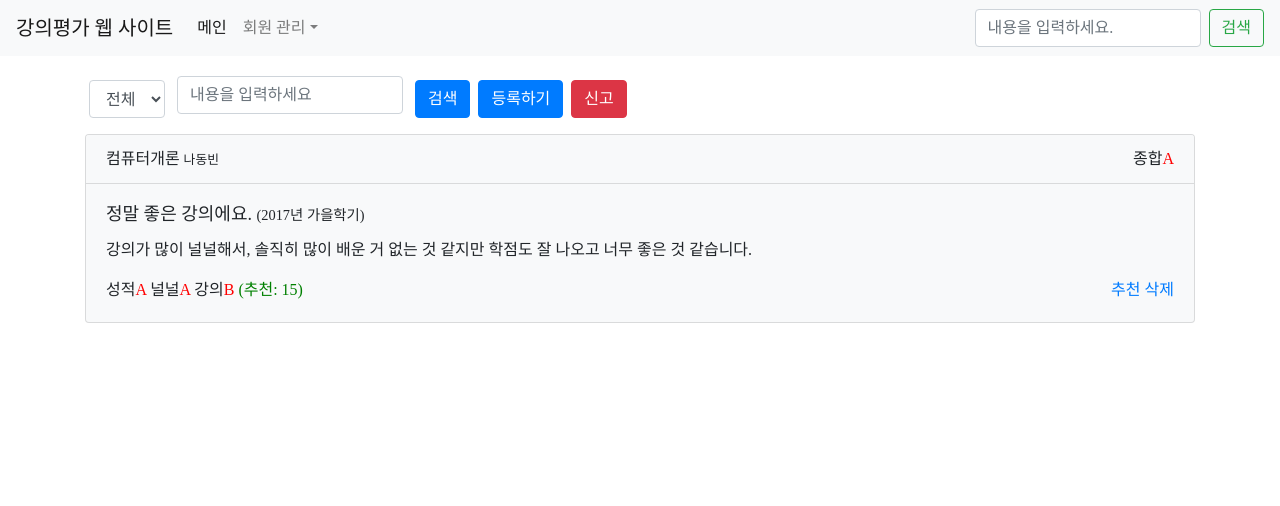
Repository: codelifee/Lecture-Evaluation-Project---java
Page: http://localhost/Lecture_Evaluation/
These files come from the project's save history. The page is drawn as it stood at one moment and after the next save; the edit follows.
The browser window is 1280 px wide. The pictures show the whole page.
Some web fonts or font styles are not loaded; a fallback is used. The page is served by Tomcat 9. Other server files are loaded and not shown.

Above is the page before, as saved 2020-08-23 02:39:50.

### Lecture Evaluation/WebContent/index.jsp
<%@ page language="java" contentType="text/html; charset=UTF-8"
    pageEncoding="UTF-8"%>
<!DOCTYPE html>
<html>
<head>
	<meta http-equiv="Content-type" content="text/html" charset="UTF-8">
	<meta name="viewport" content="width=device-width, initial-scale=1, shrink-to-fit=no">
	<title>강의평가 웹 사이트</title>
	<!--부트스트랩 CSS 추가하기-->
	<link rel="stylesheet" href="./css/bootstrap.min.css">
	<!--custom CSS 추가하기-->
	<link rel="stylesheet" href="./css/custom.css">
</head>
<body>
	<nav class="navbar navbar-expand-lg navbar-light bg-light">
		<a class="navbar-brand" href="index.jsp">강의평가 웹 사이트</a>
		<button class="navbar-toggler" type="button" data-toggle="collapse" data-target="#navbar">
			<span class="navbar-toggler-icon"></span>
		</button>
		<div id="navbar" class="collapse navbar-collapse">
			<ul class="navbar-nav mr-auto">
				<li class="nav-item active">
					<a class="nav-link" href="index.jsp">메인</a>
				</li>
				<li class="nav-item dropdown" id="dropdown" data-toggle="dropdown">
					<a class="nav-link dropdown-toggle" id="dropdown" data-toggle="dropdown">회원 관리</a>
					<div class="dropdown-menu" aria-labelledby="dropdown">
						<a class="dropdown-item" href="#">로그인</a>
						<a class="dropdown-item" href="#">회원가입</a>
						<a class="dropdown-item" href="#">로그아웃</a>
					</div>
				</li>
			</ul>
		</div>
			<form class="form-inline my-2 my-lg-0">
				<input class="form-control mr-sm-2" type="search" placeholder="내용을 입력하세요." aria-label="search">
				<button class="btn btn-outline-success my-2 my-sm-0" type="submit">검색</button>
			</form>
	</nav>
	<section class="container">
	 <form method="get" action="./index.jsp" class="form-inline mt-3">
	  <select name="lectureDivide" class="form-control mx-1 mt-2">
	  	<option value="전체">전체</option>
	  	<option value="전공">전공</option>
	  	<option value="교양">교양</option>
	  	<option value="기타">기타</option>
	  </select>
	  <input type="text" name="search" class="form-control mx-1 mx-2" placeholder="내용을 입력하세요">
	  <button type="submit" class="btn btn-primary mx-1 mt-2">검색</button>
	  <a class="btn btn-primary mx-1 mt-2" data-toggle="modal" href="#registerModal">등록하기</a>
	  <a class="btn btn-primary mx-1 mt-2 btn-danger" data-toggle="modal" href="#reportModal">신고</a>
	 </form>
	 <div class="card bg-light mt-3">
		<div class="card-header bg-light">
			<div class="row">
				<div class="col-8 text-left">컴퓨터개론&nbsp;<small>나동빈</small></div>
				<div class="col-4 text-right">
					종합<span style="color: red;">A</span>
				</div>
			</div>
		</div>
		<div class="card-body">
			<h5 class="card-title">
				정말 좋은 강의에요.&nbsp;<small>(2017년 가을학기)</small>
			</h5>
			<p class="card-text">강의가 많이 널널해서, 솔직히 많이 배운 거 없는 것 같지만 학점도 잘 나오고 너무 좋은 것 같습니다.</p>
			<div class="row">
					<div class="col-9 text-left">
						성적<span style="color: red;">A</span>
						널널<span style="color: red;">A</span>
						강의<span style="color: red;">B</span>
						<span style="color: green;">(추천: 15)</span>
					</div>
					<div class="col-3 text-right">
						<a onclick="return confirm('추천하시겠습니까?')" href="./likeAction.jsp?evaluationID=">추천</a>
						<a onclick="return confirm('삭제하시겠습니까?')" href="./deleteAction.jsp?evaluationID=">삭제</a>
					</div>
			</div>
		</div>
	</div>
	</section>


	<div class="modal fade" id="registerModal" tabindex="-1" role="dialog" aria-labelledby="modal">
	 	<div class="modal-dialog">
	 		<div class="modal-content">
	 			<div class="modal-header">
	 				<h5 class="modal-title" id="modal">평가 등록</h5>
	 				<button type="button" class="close" data-dismiss="modal" aria-label="Close">
	 					<span aria-hidden="true">&times;</span>
	 				</button>
	 			</div>
	 			<div class="modal-body">
	 				<form action="./evaluationRegisterAction.jsp method="post">
	 					<div class="form-row">
	 						<div class="form-group col-sm-6">
	 							<label>강의명</label>
	 							<input type="text" name="lectureName" class="form-control" maxlength="20">
	 						</div>
	 						<div class="form-group col-sm-6">
	 							<label>교수명</label>
	 							<input type="text" name="professorName" class="form-control" maxlength="20">
	 						</div>
	 					</div>
	 					<div class="form-row">
	 						<div class="form-group col-sm-4">
	 							<label>수강 연도</label>
	 							<select name="lectureYear" class="form-control">
	 								<option value="2011">2011</option>
	 								<option value="2012">2012</option>
	 								<option value="2013">2013</option>
	 								<option value="2014">2014</option>
	 								<option value="2015">2015</option>
	 								<option value="2016">2016</option>
	 								<option value="2017">2017</option>
	 								<option value="2018" selected>2018</option>
	 								<option value="2019">2019</option>
	 								<option value="2020">2020</option>
	 								<option value="2021">2021</option>
	 								<option value="2022">2022</option>
	 								<option value="2023">2023</option>
	 							</select>
	 						</div>
 							<div class="form-group col-sm-4">
 								<label>수강 학기</label>
 								<select name="semesterDivide" class="form-control">
 									<option value="1학기" selected>1학기</option>
 									<option value="여름학기">여름학기</option>
 									<option value="2학기">2학기</option>
 									<option value="겨울학기">겨울학기</option>
 								</select>
 							</div>
 							<div class="form-group col-sm-4">
 								<label>강의 구분</label>
 								<select name="lectureDivde" class="form-control">
 									<option value="전공" selected>전공</option>
 									<option value="교양">교양</option>
 									<option value="기타">기타</option>
 								</select>
 							</div>
 						</div>
	 						<div class="form-group">
	 							<label>제목</label>
	 							<input type="text" name="evaluationTime" class="form-control" maxlength="30">
	 							<label>내용</label>
	 							<textarea name="evaluationContent" class="form-control" maxlength="2048" style="height: 180px;"></textarea>
	 						</div>
	 					<div class="form-row">
	 						<div class="form-group col-sm-3">
	 							<label>종합</label>
	 							<select name="totalScore" class="form-control">
	 								<option value="A" selected>A</option>
	 								<option value="B">B</option>
	 								<option value="C">C</option>
	 								<option value="D">D</option>
	 								<option value="F">F</option>
	 							</select>
	 						</div>
	 						<div class="form-group col-sm-3">
	 							<label>성적</label>
	 							<select name="totalScore" class="form-control">
	 								<option value="A" selected>A</option>
	 								<option value="B">B</option>
	 								<option value="C">C</option>
	 								<option value="D">D</option>
	 								<option value="F">F</option>
	 							</select>
	 						</div>
	 						<div class="form-group col-sm-3">
	 							<label>널널</label>
	 							<select name="comfortableScore" class="form-control">
	 								<option value="A" selected>A</option>
	 								<option value="B">B</option>
	 								<option value="C">C</option>
	 								<option value="D">D</option>
	 								<option value="F">F</option>
	 							</select>
	 						</div>
	 						<div class="form-group col-sm-3">
	 							<label>강의</label>
	 							<select name="comfortableScore" class="form-control">
	 								<option value="A" selected>A</option>
	 								<option value="B">B</option>
	 								<option value="C">C</option>
	 								<option value="D">D</option>
	 								<option value="F">F</option>
	 							</select>
	 						</div>
	 					</div>
	 					<div class="modal-footer">
	 						<button type="button" class="btn btn-secondary" data-dismiss="modal">취소</button>
	 						<button type="submit" class="btn btn-primary">등록하기</button>
	 					</div>
	 				</form>
	 			</div>
	 		</div>
	 	</div>
	</div>
	<div class="modal fade" id="reportModal" tabindex="-1" role="dialog" aria-labelledby="modal">
	 	<div class="modal-dialog">
	 		<div class="modal-content">
	 			<div class="modal-header">
	 				<h5 class="modal-title" id="modal">신고하기</h5>
	 				<button type="button" class="close" data-dismiss="modal" aria-label="Close">
	 					<span aria-hidden="true">&times;</span>
	 				</button>
	 			</div>
	 			<div class="modal-body">
	 				<form action="./reportAction.jsp" method="post">
 						<div class="form-group">
 							<label>신고 제목</label>
 							<input type="text" name="reportTitle" class="form-control" maxlength="30">
 							<label>신고 내용</label>
 							<textarea name="reportContent" class="form-control" maxlength="2048" style="height: 180px;"></textarea>
 						</div>
	 					<div class="modal-footer">
	 						<button type="button" class="btn btn-secondary" data-dismiss="modal">취소</button>
	 						<button type="submit" class="btn btn-danger">신고하기</button>
	 					</div>
	 				</form>
	 			</div>
	 		</div>
	 	</div>
	</div>
	<!-- 제이쿼리 자바스크립트 추가하기 -->
	<script src="./js/jquery.min.js"></script>
	<!-- jqeury 자바스크립트 추가하기 -->
	<script src="./js/bootstrap.min.js"></script>
	<!-- popper 자바스크립트 추가하기 -->
	<script src="./js/popper.js"></script>
</body>
</html>

### Lecture Evaluation/WebContent/css/custom.css
@import url(https://fonts.googleapis.com/earlyaccess/jejugothic.css);
@import url(https://fonts.googleapis.com/earlyaccess/hanna.css);
.navbar-brand, h1, h2, h3, h4 {
	font-family: 'jeju Gothic';
}
h5 {
	font-family: 'jeju Gothic';
	font-size: 18px;
}
body {
	font-family: 'Hanna';
}

Loaded but not shown: Lecture Evaluation/WebContent/css/bootstrap.min.css (library); Lecture Evaluation/WebContent/js/jquery.min.js (library); Lecture Evaluation/WebContent/js/bootstrap.min.js (library); Lecture Evaluation/WebContent/js/popper.js (library)

After the next save:
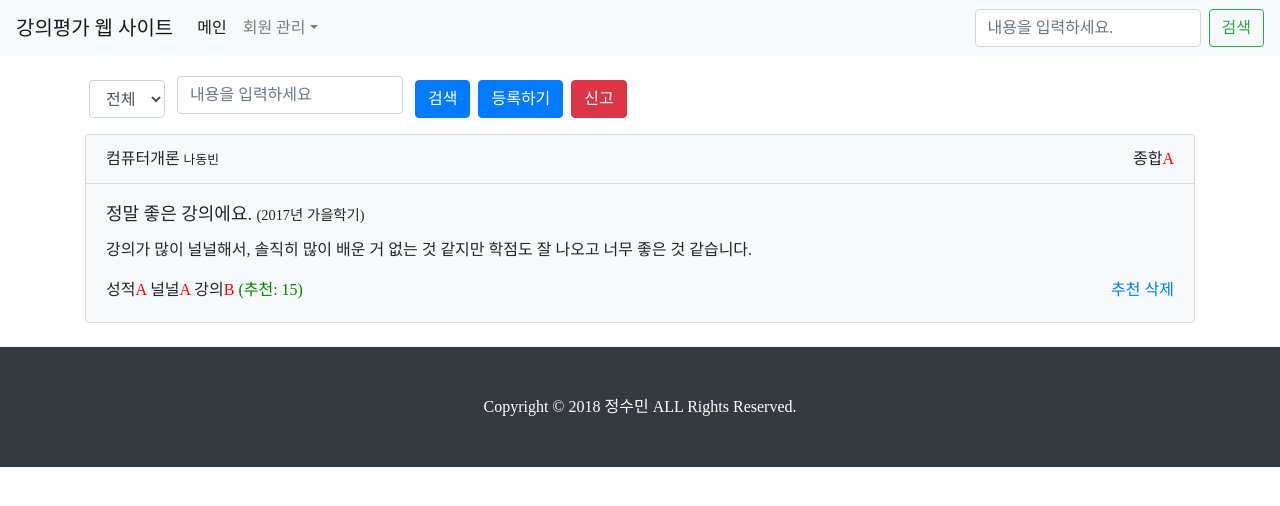
Saved 3 min 5 s later.
--- a/Lecture Evaluation/WebContent/index.jsp
+++ b/Lecture Evaluation/WebContent/index.jsp
@@ -222,6 +222,9 @@
 	 		</div>
 	 	</div>
 	</div>
+	<footer class="bg-dark mt-4 p-5 text-center" style="color: #FFFFFF;">
+		Copyright &copy; 2018 정수민 ALL Rights Reserved.
+	</footer>
 	<!-- 제이쿼리 자바스크립트 추가하기 -->
 	<script src="./js/jquery.min.js"></script>
 	<!-- jqeury 자바스크립트 추가하기 -->
